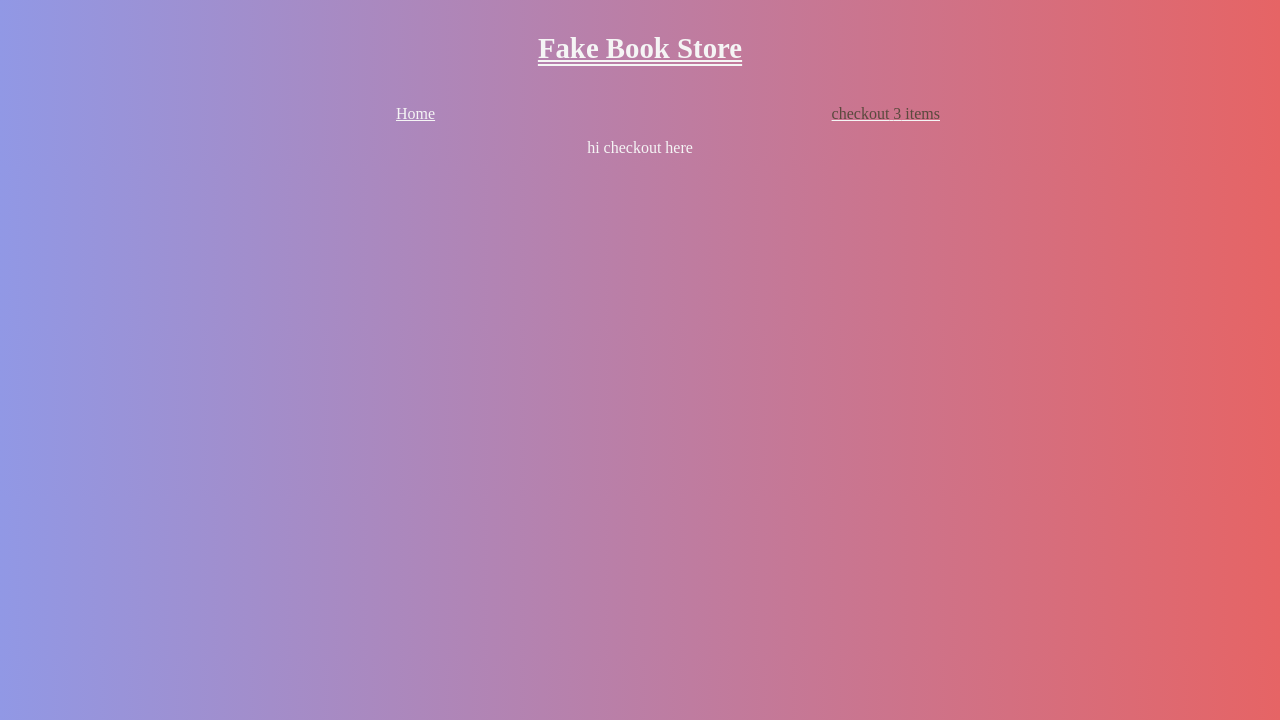
Repository: 0101chaitanya/shopping-cart
Page: /checkout
An editor plug-in stored every save of this project. The page is shown before and after a run of saves, followed by the edit.
The browser window is 1280 px wide. The pictures show the whole page.
Some web libraries are served in a nearby version. The project was rebuilt for these pictures with package versions that can differ from the ones it lists, and the page was loaded fresh each time. Also part of the build but not shown: src/components/Book.js, src/components/Home.js.

Above is the page before, as saved 2021-08-08 14:08:02.

After the next 5 saves:
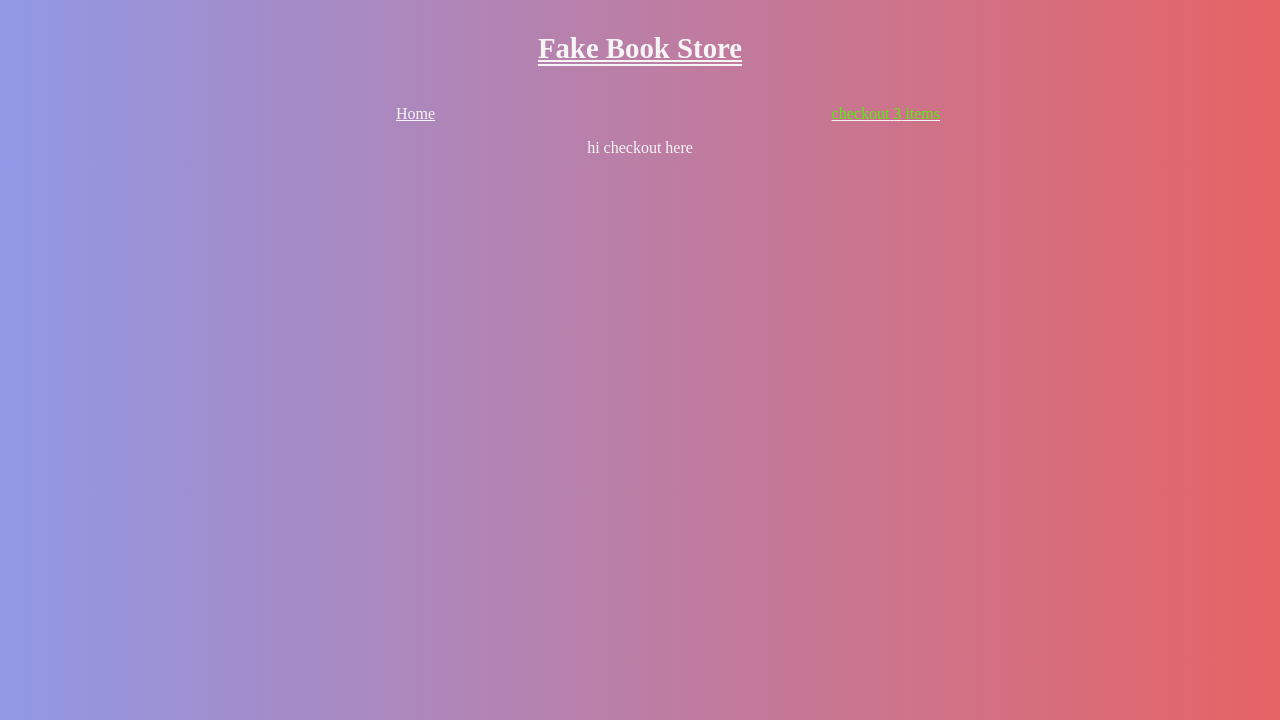
The 5 saves are shown as one change because they came seconds apart.
The last was saved 20 s later.
--- a/src/App.css
+++ b/src/App.css
@@ -89,5 +89,5 @@ button:disabled {
   background-color: rgb(238, 101, 101);
 }
 .count {
-  color: rgb(90, 73, 61);
+  color: rgb(84, 240, 12);
 }
